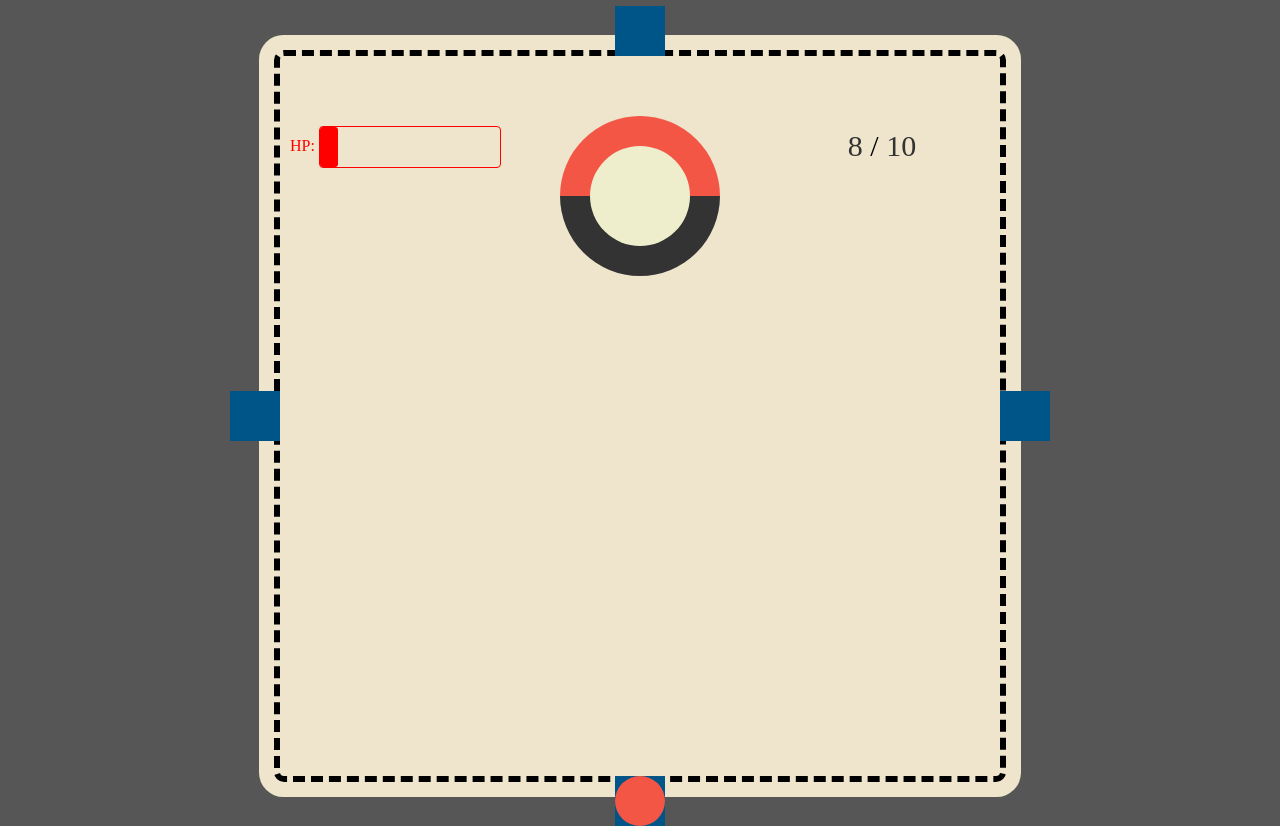
Repository: EEETA/ball-game
Page: theBall2/index.html
The author's editor kept a copy of each file at every save. The page is drawn from the files as they stood at one save, then again after the next save.
The browser window is 1280 px wide. The pictures show the whole page.
After loading, the first visible `button.start` was clicked once.

Above is the page before, as saved 2018-08-03 16:19:51.

After the next save:
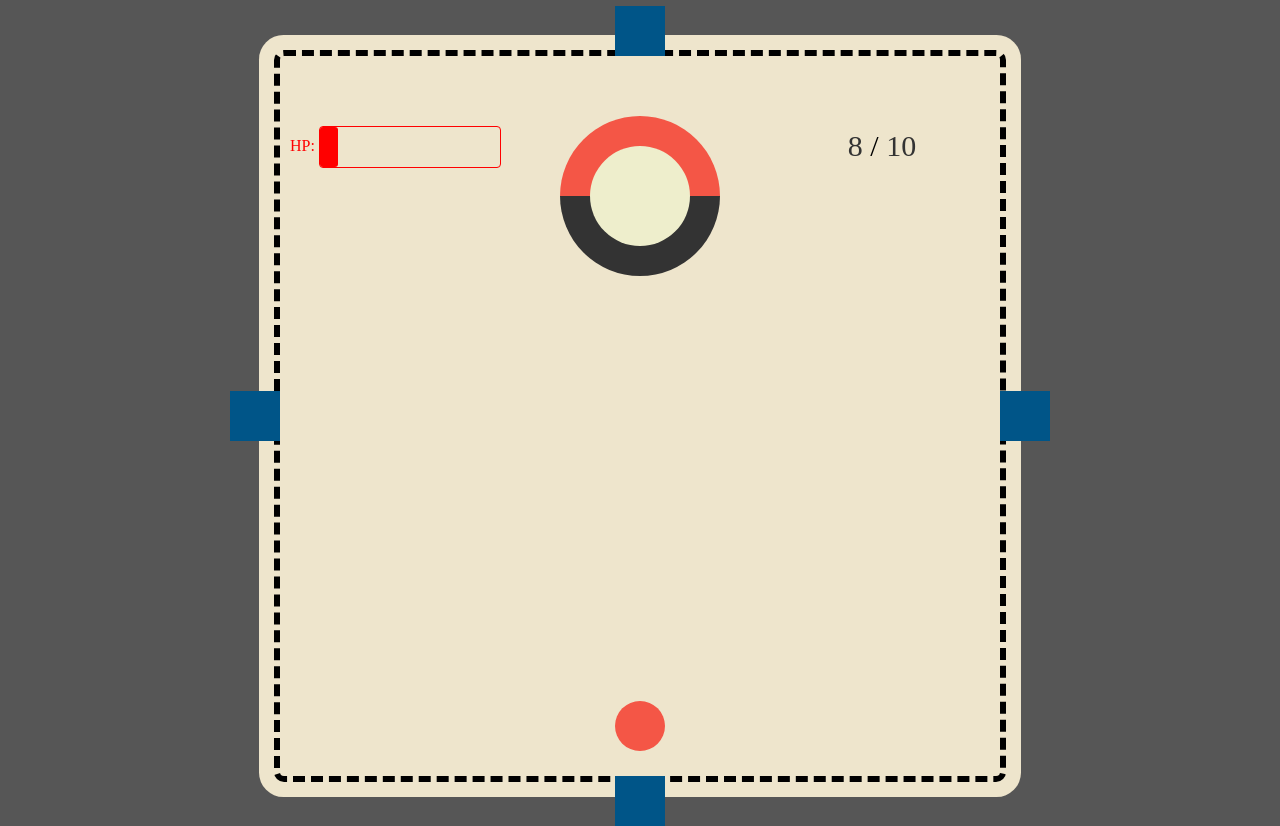
Saved 8 s later.
--- a/theBall2/js/index.js
+++ b/theBall2/js/index.js
@@ -163,8 +163,8 @@ function appendball(patternNow){  //生成小球
     let chooseBox=parseInt(Math.random()*launchNum);/*随机放到各发射器中*/
 
     $('<div class="launchBall" style="background:'+ballFour[chooseColor]+';"></div>').appendTo($('.launcher')[chooseBox]);
-    // var this_ball=$('.launchBall');
-    // setTimeout(function(){ballmove(this_ball,chooseBox,patternNow)},delayed);
+    var this_ball=$('.launchBall');
+    setTimeout(function(){ballmove(this_ball,chooseBox,patternNow)},delayed);
 }
 
 /*小球运动*/
